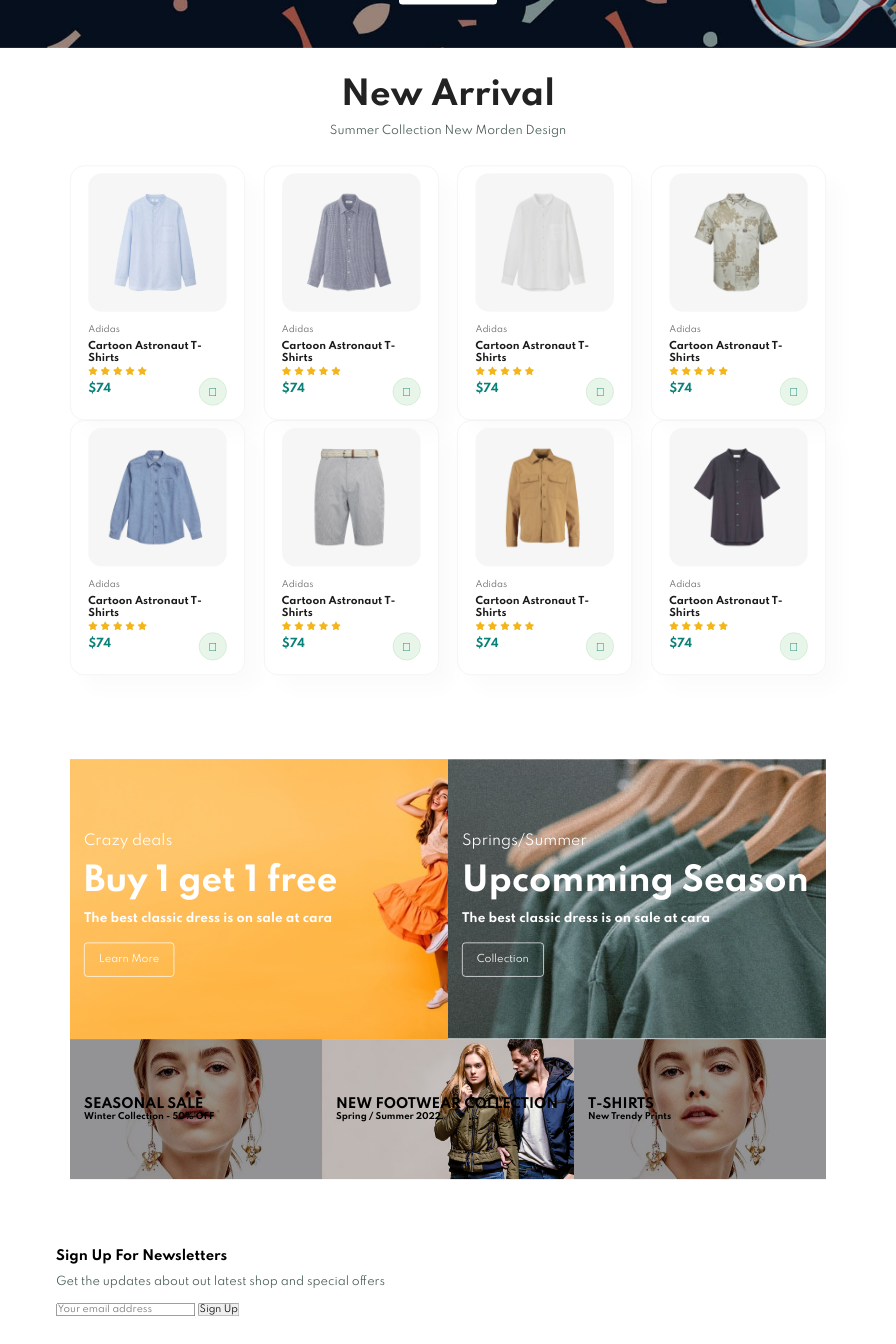
Repository: Daryllgio/E-Commerce-Website-UI
Page: index.html
The author's editor kept a copy of each file at every save. The page is drawn from the files as they stood at one save, then again after the next save.
The browser window is 1280 px wide. The pictures show the part of the page from y = 2209 to 4129 px (the page is 4129 px tall), at 70% of full size.
Some web libraries are served in a nearby version.

Above is the page before, as saved 2024-12-31 23:32:43.

After the next save:
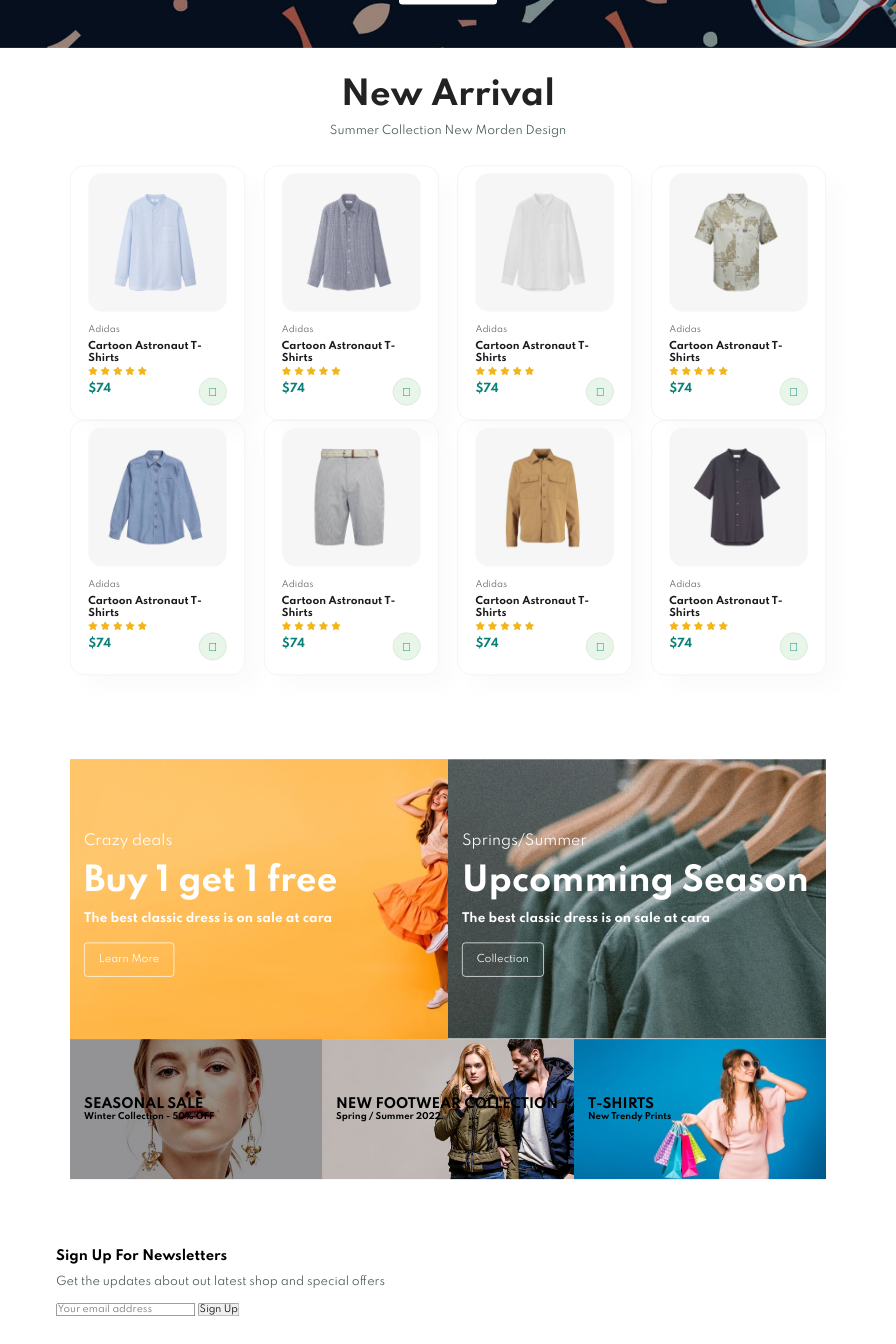
Saved 14 s later.
--- a/style.css
+++ b/style.css
@@ -385,6 +385,6 @@ body {
   background-image: url("img/banner/b4.jpg");
 }
 
-#sm-banner .banner-MainContainer .banner-Container1 .banner-box:nth-child(3) {
+#sm-banner .banner-MainContainer .banner-Container2 .banner-box:nth-child(3) {
   background-image: url("img/banner/b18.jpg");
 }
